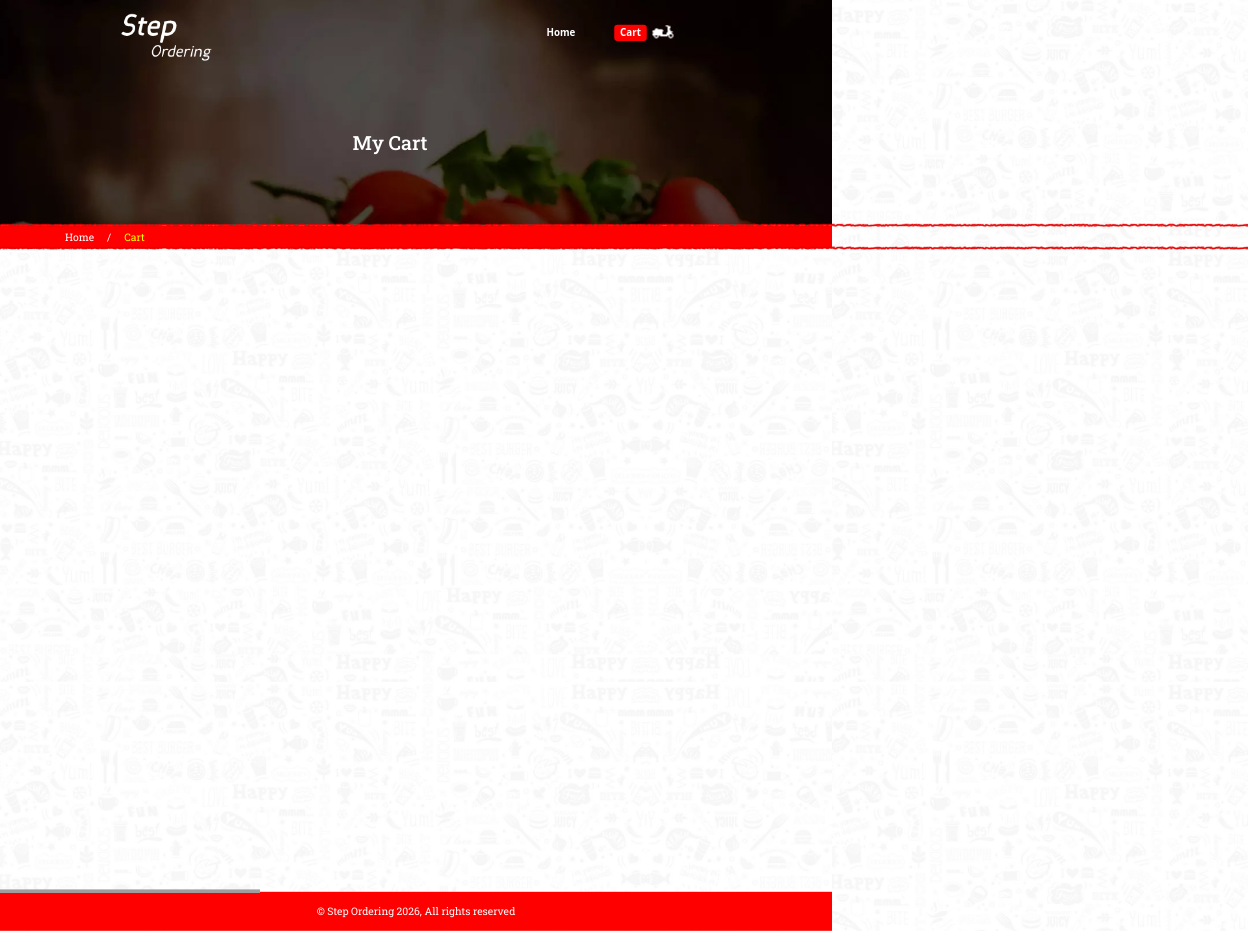
Repository: anastasia29-step/OnlineRestaurant
Page: Cart.html
An editor plug-in stored every save of this project. The page is shown before and after the next save, followed by the edit.
The browser window is 1280 px wide. The page is 1920 px wide, then 1280 px, so the pictures cover 1920 px, including what lies to the right of the window. The pictures show the whole page, at 65% of full size.
Pictures or frames that could not be fetched are drawn as grey boxes. Some web libraries are served in a nearby version.

Above is the page before, as saved 2026-03-11 20:51:38.

### Cart.html
<!DOCTYPE html>
<html lang="en">
<head>
    <meta charset="UTF-8">
    <meta name="viewport" content="width=device-width, initial-scale=1.0">
    <title>Document</title>
    <link rel="stylesheet" href="./cart.css">
    <link rel="stylesheet" href="./style.css">
    <link rel="preconnect" href="https://fonts.googleapis.com">
    <link rel="preconnect" href="https://fonts.gstatic.com" crossorigin>
    <link href="https://fonts.googleapis.com/css2?family=Roboto+Slab:wght@100..900&display=swap" rel="stylesheet">
    <link rel="stylesheet" href="https://cdnjs.cloudflare.com/ajax/libs/font-awesome/7.0.1/css/all.min.css"
    integrity="sha512-2SwdPD6INVrV/lHTZbO2nodKhrnDdJK9/kg2XD1r9uGqPo1cUbujc+IYdlYdEErWNu69gVcYgdxlmVmzTWnetw=="
    crossorigin="anonymous" referrerpolicy="no-referrer" />
</head>
<body>
    <section class="FirstLine">

        <div class="beside" id="navbar">
            <div class="left">
                <a href="./index.html"><img src="./photo/logo.png" alt=""></a>
            </div>

            <div class="right">
                <a href="./index.html">Home</a>
                <a href="./Cart.html" class="a">Cart</a>
                <a href="./Cart.html">
                    <img src="./photo/istockphoto-609074524-612x612 Background Removed.png" alt=""></a>
            </div>
        </div>

        <div class="bottom">
            <h1>My Cart</h1>
        </div>

    </section>

    <div class="fisrtimg">
        <img src="./photo/border.png" alt="" class="firBorder">
    </div>

    <section class="SecondLine">
        <a href="./index.html">Home</a>
        <p>/</p>
        <a href="./Cart.html">Cart</a>
    </section>

    <div class="secondimg">
        <img src="./photo/border.png" alt="" class="firBorder">
    </div>


    <footer>
            <p>© Step Ordering 2026, All rights reserved</p>
    </footer>
</body>
</html>

### cart.css
* {
    margin: 0;
    padding: 0;
    box-sizing: border-box;
    font-family: "Roboto Slab", serif;
}

body {
    background-image: url(./photo/cart_bg.jpg);
    background-position: center;
    background-size: contain;
}

section.SecondLine {
    background-color: #FF0000;
    height: 35px;
    display: flex;
    width: 100%;
    gap: 20px;
    padding-left: 100px;
    align-items: center;
    color: white;
}

section.SecondLine a {
    text-decoration: none;
    color: white;
}

section.SecondLine a:nth-child(3) {
    color: yellow;
}

.fisrtimg {
    width: 100%;
    height: 15px;
    margin-top: -14px;
}

.secondimg {
    width: 100%;
    height: 5px;
    margin-bottom: 1000px;
    margin-top: -15px;
}

### style.css
* {
    margin: 0;
    padding: 0;
    box-sizing: border-box;
}

.section {
    display: flex;
    flex-direction: column;
    justify-content: center;
    align-items: center;
    padding: 60px;
    gap: 10px;
}

section.section img {
    width: 80%;
    height: 5px;
    display: flex;
    justify-content: center;
    align-items: center;
}

.section h1 {
    font-style: bold;
    font-family: "Roboto Slab", serif;
    font-weight: 900;
}

ul {
    display: flex;
    justify-content: center;
    height: 80px;
    flex-wrap: wrap;
    list-style: none;
    font-weight: 400;
    gap: 18px;
    font-family: system-ui, -apple-system, BlinkMacSystemFont, 'Segoe UI', Roboto, Oxygen, Ubuntu, Cantarell, 'Open Sans', 'Helvetica Neue', sans-serif;
    align-items: center;
    margin-bottom: -12px;
}

ul::after {
    content: "";
    display: block;
    height: 6px;
    background-image: url("border.png");
    background-repeat: repeat-x;
    background-position: bottom;
}

.FirstLine {
    height: 48vh;
    background-image: url(./photo/inner_banner.jpg);
    background-position: center;
    background-repeat: no-repeat;
    background-size: cover;
    padding-left: 170px;
    padding-top: 20px;
}

.beside {
    position: fixed;
    top: 0;
    left: 0;
    width: 100%;
    display: flex;
    justify-content: space-between;
    padding: 20px 170px;
    transition: 0.3s;
    z-index: 1000;
}

.beside.active {
    background: rgba(5, 5, 5, 0.8);
}

.beside.active::after {
    content: "";
    position: absolute;
    bottom: 0;
    left: 0;
    width: 100%;
    height: 100px;
    background-image: url("photo/border.png");
    background-repeat: repeat-x;
}

.beside .right {
    display: flex;
    gap: 20px;
    padding-right: 60px;
    padding-top: 20px;
}

.FirstLine .right :first-child:hover {
    color: #FFCC00;
}

.beside .right a {
    text-decoration: none;
    color: white;
    font-family: system-ui, -apple-system, BlinkMacSystemFont, 'Segoe UI', Roboto, Oxygen, Ubuntu, Cantarell, 'Open Sans', 'Helvetica Neue', sans-serif;
    font-size: 15px;
    font-weight: 700;
}

.beside .right .a {
    background-color: red;
    width: 50px;
    height: 25px;
    padding-top: 2px;
    text-align: center;
    border-radius: 5px;
    margin-top: -2px;
    margin-left: 40px;
}

.beside .right .a:hover+a img {
    transform: translateX(50px);
}

.beside .right img {
    width: 60px;
    margin-top: -21px;
    margin-left: -25px;
    transition: transform 3.0s;
}

.FirstLine .bottom h1 {
    text-align: center;
    color: white;
    margin-top: 180px;
    margin-right: 250px;
    font-size: 30px;
    font-weight: 500;
    font-family: "Roboto Slab", serif;
}

.section h1 {
    font-weight: 500;
    font-size: 35px;
}

ul li {
    height: 100%;
    font-size: 20px;
    cursor: pointer;
    transition: 0.5s;
    display: flex;
    flex-wrap: wrap;
    justify-content: center;
    align-items: center;
    padding: 5px;
    position: relative;
}

ul li:hover {
    background-color: red;
    color: white;
    position: relative;

}

ul li:hover::after {
    position: absolute;
    left: 0;
    right: 0;
    top: -4px;
    margin: auto;
    content: "";
    background: url(https://restaurant.stepprojects.ge/images/copyright_border.png);
    width: 100%;
    height: 6px;
    background-repeat: no-repeat;
}

ul li:hover::before {
    position: absolute;
    content: "";
    left: -4px;
    bottom: 0;
    top: 0;
    margin: auto;
    background: url(/photo/hover_Vbg.png);
    width: 6px;
}

.sectionCard {
    display: flex;
    width: 100%;
    padding: 60px;
    margin-top: -140px;
    justify-content: center;
}

.leftSide {
    width: 30%;
    padding: 40px;
    margin-left: 50px;
}

.filteredCard {
    width: 250px;
    height: 390px;
    display: flex;
    flex-direction: column;
    justify-content: space-between;
    align-items: center;
    padding: 20px;
    padding-bottom: 20px;
    background-color: #F1F1F1;
    border: 1px solid rgb(174, 172, 172);
    border-radius: 5px;
    font-family: system-ui, -apple-system, BlinkMacSystemFont, 'Segoe UI', Roboto, Oxygen, Ubuntu, Cantarell, 'Open Sans', 'Helvetica Neue', sans-serif;
    font-size: 18px;
    margin-left: 50px;

}

.filteredCard p {
    margin-top: -5px;
    margin-bottom: 10px;
}

.first {
    display: flex;
    width: 100%;
    justify-content: space-between;
}

.next {
    display: flex;
    align-items: center;
    text-align: center;
    width: 200px;
    height: 40px;
    gap: 10px;
    margin-top: -30px;
    margin-bottom: -10px;
}

.next .check {
    width: 20px;
    height: 20px;
    cursor: pointer;
    appearance: none;
    border: 2px solid grey;
    border-radius: 2px;
}
.next .check:checked {
    background-color: red;
    border: 2px solid red;
}
.next .check:checked::after {
    content: "✔";
    color: white;
    font-size: 14px;
    display: flex;
    justify-content: center;
    align-items: center;
}

.check:hover {
    border: 2px solid black;
}

.next p {
    font-size: 15px;
    margin-top: 5px;
}

.filteredCard button {
    height: 45px;
    width: 210px;
    background-color: #FF0000;
    color: white;
    border: none;
    border-radius: 5px;
    cursor: pointer;
    transition: 0.5s;
    font-size: 16px;
    font-family: system-ui, -apple-system, BlinkMacSystemFont, 'Segoe UI', Roboto, Oxygen, Ubuntu, Cantarell, 'Open Sans', 'Helvetica Neue', sans-serif;
    font-weight: 800;
}

.reset {
    margin-bottom: 25px;
}

.range {
    width: 90%;
    appearance: none;
    -webkit-appearance: none;
    margin-top: -40px;
}

.range::-webkit-slider-runnable-track {
    height: 10px;
    background: #FF0000;
    border-radius: 10px;
}

.range::-webkit-slider-thumb {
    appearance: none;
    -webkit-appearance: none;
    width: 20px;
    height: 20px;
    background-color: white;
    border-radius: 50%;
    border: 1px solid grey;
    cursor: pointer;
    margin-top: -6px;
}

.range::-moz-range-track {
    height: 6px;
    background-color: red;
    border-radius: 10px;
}

.range::-moz-range-thumb {
    width: 18px;
    height: 18px;
    background-color: white;
    border-radius: 50%;
    cursor: pointer;
}


.filteredCard button:hover {
    background-color: #FFCC00;
}

.rightSide {
    display: flex;
    justify-content: center;
    flex-wrap: wrap;
    padding: 40px;
    gap: 25px;
    margin-left: -150px;
}

.card {
    width: 250px;
    height: 420px;
    display: flex;
    flex-direction: column;
    align-items: center;
    justify-content: space-between;
    padding-bottom: 15px;
    border: 2px solid #CFCFCF;
    border-radius: 17px;
    cursor: pointer;
    transition: 0.5s;
    position: relative;
}

.card:hover {
    box-shadow: 0 0 20px black;
}
.card img {
    width: 100%;
    height: 202px;
    object-fit: cover;
    margin-top: -2px;
    border-top-left-radius: 17px;
    border-top-right-radius: 17px;
    background-color: #CFCFCF;
}

.card h1 {
    font-size: 20px;
    font-family: system-ui, -apple-system, BlinkMacSystemFont, 'Segoe UI', Roboto, Oxygen, Ubuntu, Cantarell, 'Open Sans', 'Helvetica Neue', sans-serif;
}

.sides {
    display: flex;
    justify-content: center;
    gap: 7px;
}

.checks {
    display: flex;
    gap: 3px;
}

.card .bottom {
    width: 100%;
    padding: 10px;
    display: flex;
    justify-content: space-between;
    align-items: center;
}

.card .bottom button {
    height: 38px;
    width: 104px;
    display: flex;
    justify-content: center;
    align-items: center;
    border: 2px double rgb(26, 26, 26);
    background-color: transparent;
    transition: 0.5s;
    cursor: pointer;
    position: relative;
}

.card .bottom button::before {
    content: "";
    top: -3px;
    left: -4px;
    position: absolute;
    background: url(/photo/bt_border.png);
    width: 108px;
    height: 42px;
}

.card .bottom button:hover {
    background-color: #FF0000;
    color: white;
    border: none;
}

.card .bottom button:hover::before {
    content: "";
    top: -3px;
    left: -4px;
    position: absolute;
    background: url(/photo/bt_hoverborder.png);
    width: 108px;
    height: 42px;
}

footer {
    background-color: #FF0000;
    height: 60px;
    width: 1200px;
    display: flex;
    justify-content: center;
    align-items: center;
    text-align: center;
    color: white;
    position: relative;
    float: left;
    width: 100%;
    padding: 18px;

}

footer::after {
    position: absolute;
    left: 0;
    right: 0;
    top: -4px;
    margin: auto;
    content: "";
    background: url(https://restaurant.stepprojects.ge/images/copyright_border.png);
    width: 100%;
    height: 6px;
    background-repeat: no-repeat;
}

After the next save:
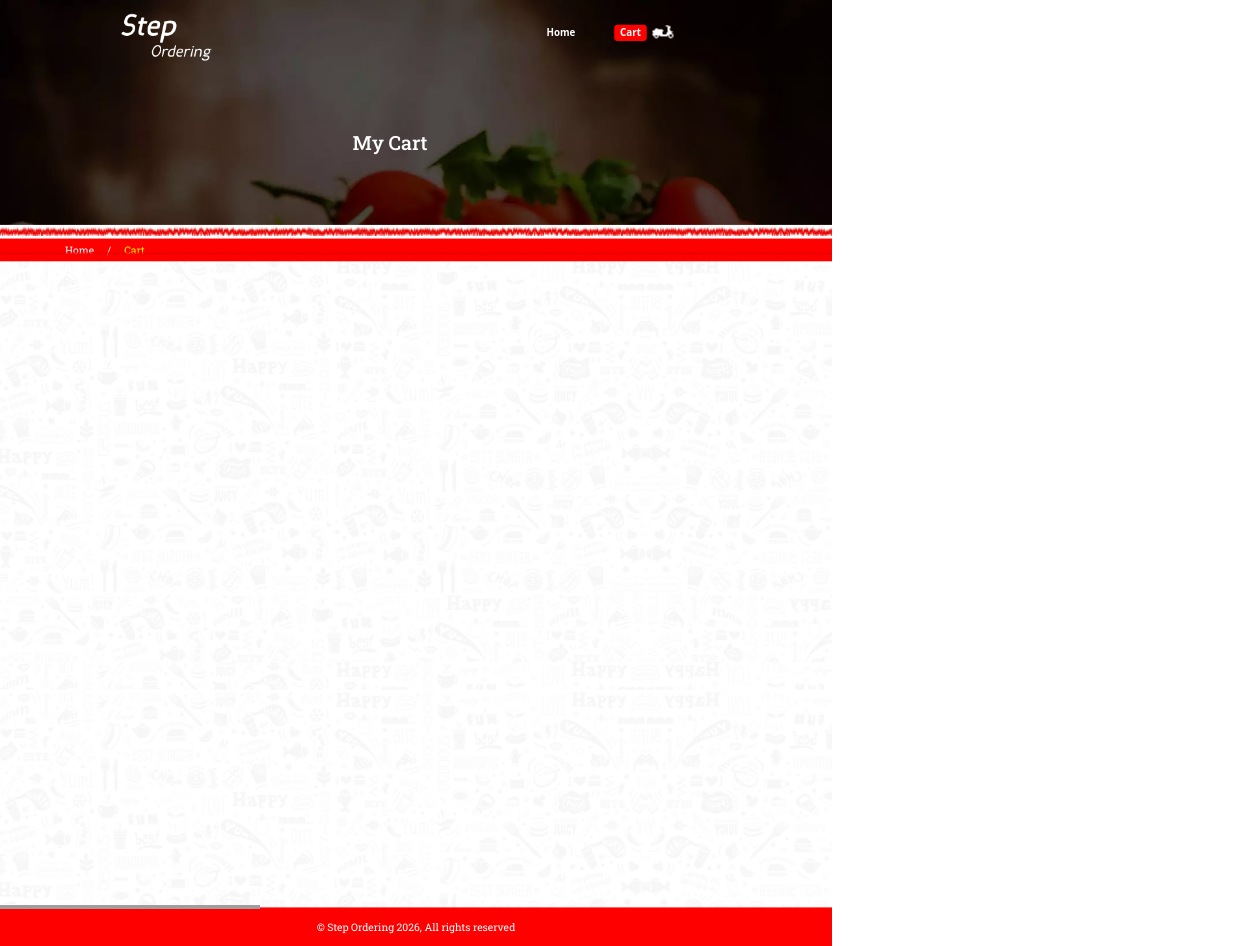
Saved 3 min 8 s later.
--- a/cart.css
+++ b/cart.css
@@ -31,13 +31,13 @@
     color: yellow;
 }
 
-.fisrtimg {
+.fisrtimg img {
     width: 100%;
     height: 15px;
     margin-top: -14px;
 }
 
-.secondimg {
+.secondimg img {
     width: 100%;
     height: 5px;
     margin-bottom: 1000px;
